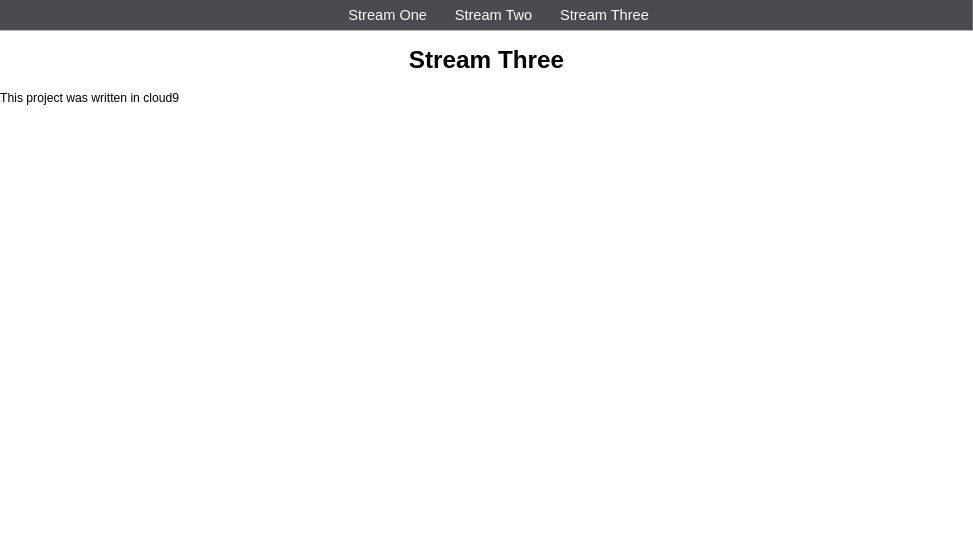
Repository: 1208kelly/my-first-website-aws
Page: stream-three.html
The author's editor kept a record of every edit. The page is drawn from the files as they stood at one moment, then again after the next edit.
The browser window is 1280 px wide. The pictures show the whole page, at 76% of full size.

Above is the page before.

### stream-three.html
<html>
    <head>
        <title>Hello World</title>
        <link rel="stylesheet" href="CSS/style.css" type="text/css" />
    </head>

    <body>
        <nav>
            <ul>
                <li><a href="stream-one.html">Stream One</a></li>
                <li><a href="stream-two.html">Stream Two</a></li>
                <li><a href="stream-three.html">Stream Three</a></li>
            </ul>
        </nav>
        <h1>Stream Three</h1>
        <p>This project was written in cloud9</p>
    </body>
</html>

### CSS/style.css
body {
    margin: 0;
    padding: 0;
    font-family: 'Oswald', sans-serif;
}

nav ul {
    list-style: none;
    background-color: #4a4a4f;
    text-align: center;
    margin: 0;
    padding: 0;
}

nav li {
    font-size: 1.2em;
    line-height: 40px;
    height: 40px;
    display: inline-block;
    margin-left: 2.5%;
}

nav a {
    text-decoration: none;
    color: #ffffff;
    display: block;
}

nav a:hover {
    background-color: #ffffff;
    color: #4a4a4f;
}
.card {
    float: left;
    width: 20%;
    margin-left: 10%;
}

.card a {
    text-align: center;
}

img {
    width: 100%;
}

h1 {
    text-align: center;

}

After the next edit:
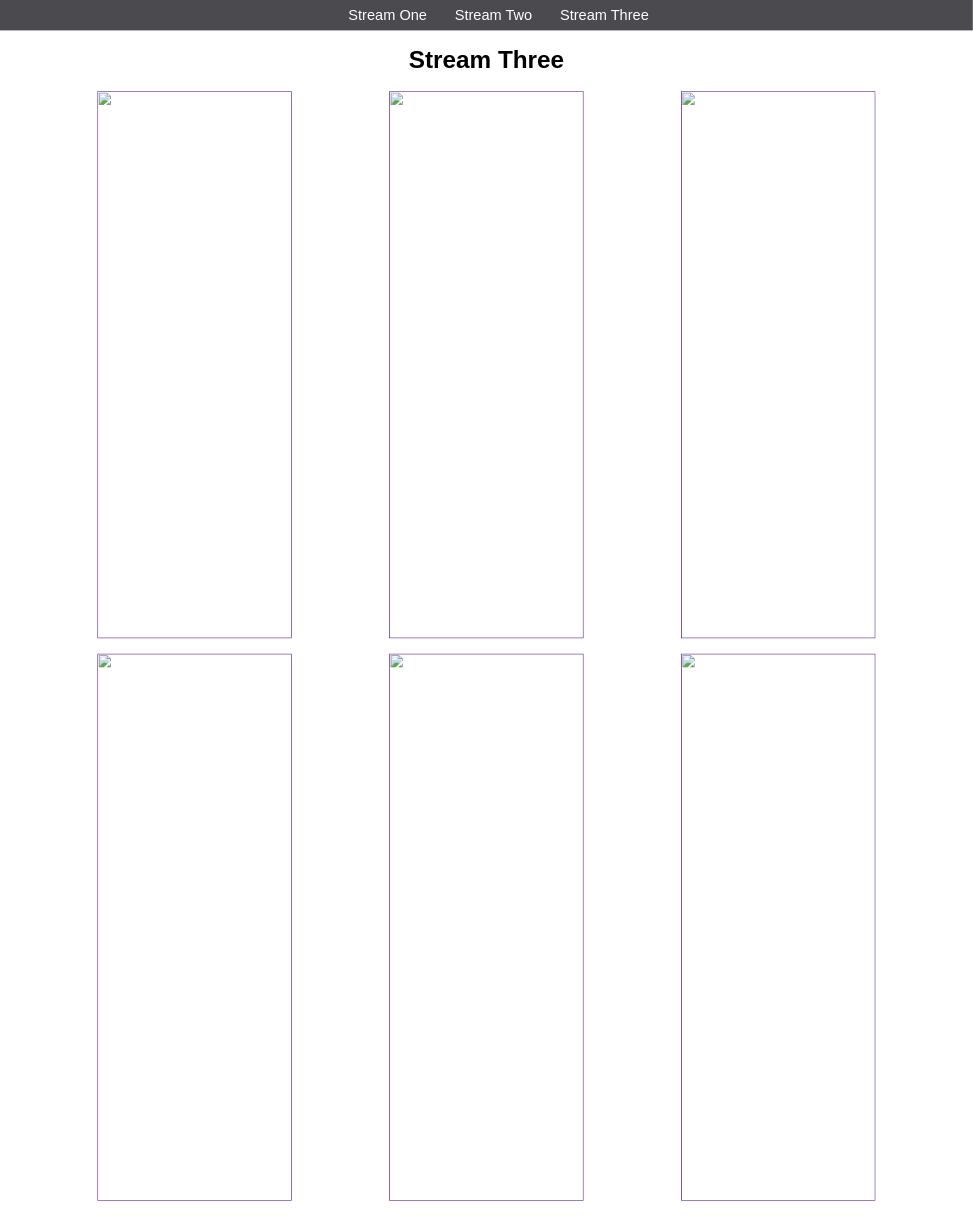
The edit:
--- a/stream-three.html
+++ b/stream-three.html
@@ -13,6 +13,41 @@
             </ul>
         </nav>
         <h1>Stream Three</h1>
-        <p>This project was written in cloud9</p>
+        <div class='card'>
+            <a href="">
+                <img src="" />
+                <h2></h2>
+            </a>
+        </div>
+        <div class='card'>
+            <a href="">
+                <img src="" />
+                <h2></h2>
+            </a>
+        </div>
+        <div class='card'>
+            <a href="">
+                <img src="" />
+                <h2></h2>
+            </a>
+        </div>
+        <div class='card'>
+            <a href="">
+                <img src="" />
+                <h2></h2>
+            </a>
+        </div>
+        <div class='card'>
+            <a href="">
+                <img src="" />
+                <h2></h2>
+            </a>
+        </div>
+        <div class='card'>
+            <a href="">
+                <img src="" />
+                <h2></h2>
+            </a>
+        </div>
     </body>
 </html>
